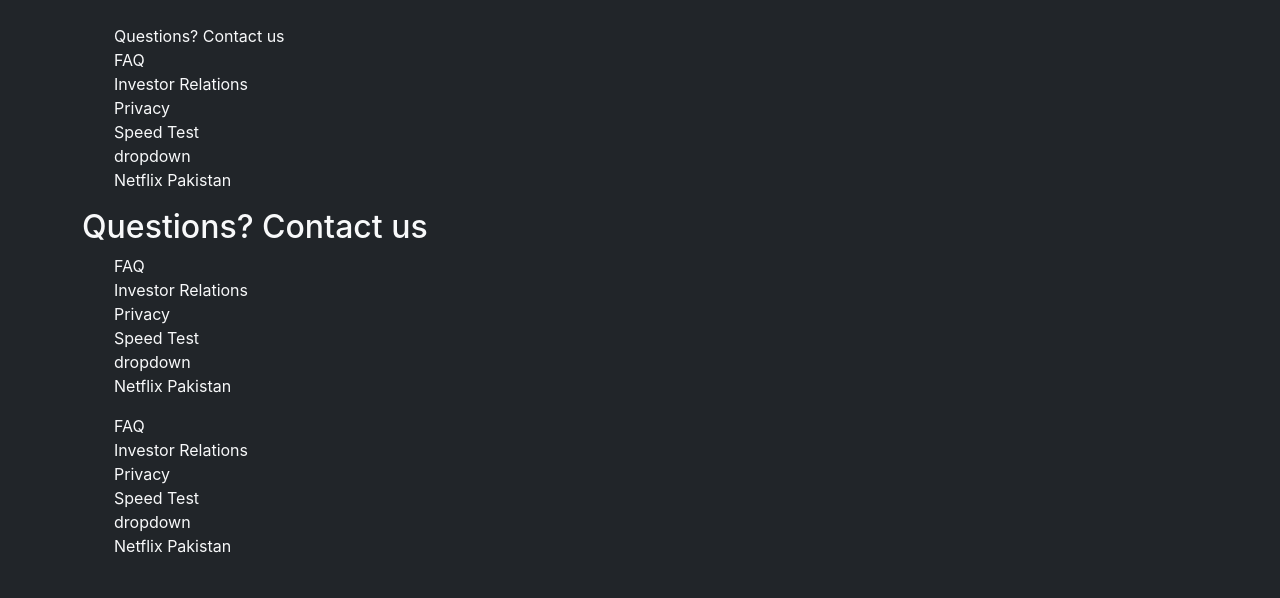
Repository: WajihaGul/Netflix-Clone
Page: /
These files come from the project's save history. The page is drawn as it stood at one moment and after the next save; the edit follows.
The browser window is 1280 px wide. The pictures show the part of the page from y = 621 to 1219 px (the page is 1219 px tall before and 1215 px after).
The project was rebuilt for these pictures with package versions that can differ from the ones it lists, and the page was loaded fresh each time. Also part of the build but not shown: src/App.css, src/Components/Navbar/Navbar.jsx.

Above is the page before, as saved 2024-05-23 22:21:04.

### public/index.html
<!DOCTYPE html>
<html lang="en">
  <head>
    <meta charset="utf-8" />
    <link rel="icon" href="https://encrypted-tbn0.gstatic.com/images?q=tbn:ANd9GcSJd82jZdXs8Uj9CX3mJFuRF27MZB7q_34xAg&s" />
    <meta name="viewport" content="width=device-width, initial-scale=1" />
    <meta name="theme-color" content="#000000" />
    <meta
      name="description"
      content="Web site created using create-react-app"
    />
    <link rel="apple-touch-icon" href="%PUBLIC_URL%/logo192.png" />
    <!--
      manifest.json provides metadata used when your web app is installed on a
      user's mobile device or desktop. See https://developers.google.com/web/fundamentals/web-app-manifest/
    -->
    <link rel="manifest" href="%PUBLIC_URL%/manifest.json" />
    <!--
      Notice the use of %PUBLIC_URL% in the tags above.
      It will be replaced with the URL of the `public` folder during the build.
      Only files inside the `public` folder can be referenced from the HTML.

      Unlike "/favicon.ico" or "favicon.ico", "%PUBLIC_URL%/favicon.ico" will
      work correctly both with client-side routing and a non-root public URL.
      Learn how to configure a non-root public URL by running `npm run build`.
    -->
    <title>Netflix- Watch TV Shows Online, Watch Movies Online</title>
  </head>
  <body>
    <noscript>You need to enable JavaScript to run this app.</noscript>
    <div id="root"></div>
    <!--
      This HTML file is a template.
      If you open it directly in the browser, you will see an empty page.

      You can add webfonts, meta tags, or analytics to this file.
      The build step will place the bundled scripts into the <body> tag.

      To begin the development, run `npm start` or `yarn start`.
      To create a production bundle, use `npm run build` or `yarn build`.
    -->
  </body>
</html>

### src/index.js
import "bootstrap/dist/css/bootstrap.min.css";
import React from "react";
import ReactDOM from "react-dom/client";
import "./index.css";
import App from "./App";
import reportWebVitals from "./reportWebVitals";

const root = ReactDOM.createRoot(document.getElementById("root"));
root.render(
  <React.StrictMode>
    <App />
  </React.StrictMode>
);

// If you want to start measuring performance in your app, pass a function
// to log results (for example: reportWebVitals(console.log))
// or send to an analytics endpoint. Learn more: https://bit.ly/CRA-vitals
reportWebVitals();

### src/App.js
import "./App.css";
import Footer from "./Components/Footer/Footer";
import Navbar from "./Components/Navbar/Navbar";
import SignupHere from "./Components/SignupHere/SignupHere";

function App() {
  return (
    <>
      <SignupHere />
      <Footer />
    </>
  );
}

export default App;

### src/Components/Footer/Footer.jsx
import React from "react";
import styles from "./Footer.module.css";
const Footer = () => {
  return (
    <footer className="bg-dark text-light py-4">
      <div className="container">
        <div className="row">
          <div className="col-lg-12">
            <ul>
              <li>Questions? Contact us </li>
              <li>FAQ</li>
              <li>Investor Relations</li>
              <li>Privacy</li>
              <li>Speed Test</li>
              dropdown
              <li>Netflix Pakistan</li>
            </ul>
          </div>
          <h2>Questions? Contact us </h2>
          <div className="col-lg-12">
            <ul>
              <li>FAQ</li>
              <li>Investor Relations</li>
              <li>Privacy</li>
              <li>Speed Test</li>
              dropdown
              <li>Netflix Pakistan</li>
            </ul>
          </div>

          <div className="col-lg-12 ">
            <ul>
              <li>FAQ</li>
              <li>Investor Relations</li>
              <li>Privacy</li>
              <li>Speed Test</li>
              dropdown
              <li>Netflix Pakistan</li>
            </ul>
          </div>
        </div>
      </div>
    </footer>
  );
};

export default Footer;

### src/Components/SignupHere/SignupHere.jsx
import styles from "./SignupHere.module.css";

const SignupHere = () => {
  return (
    <>
      <div className={styles.imgContainer}>
        <div className={`expand-lg bg-body-tertiary ${styles.navcontainer} `}>
          <h1>NETFLIX</h1>
          className={`expand-lg bg-body-tertiary ${styles.navcontainer} `}
          <div className="container-fluid">
            <a className={styles.brand} href="#">
              <span className={styles.navstyle}>NETFLIX</span>
            </a>

            <button className={styles.navbtn} type="submit">
              Sign in
            </button>
          </div>
          <div className={styles.SignupTextDiv}>
            <h1 className={styles.SignupText}>
              Unlimited movies, TV shows, and more
            </h1>
            <p className={styles.SignupText}>Watch anywhere. Cancel anytime.</p>
            <p className={styles.SignupText}>
              Ready to watch? Enter your email to create or restart your
              membership
            </p>
            <div>
              <input
                className={styles.SignupForm}
                type="email"
                id="email"
                name="email"
                placeholder="Enter your email"
                required
              />
              <button className={styles.SignUpBtn}>Get Started</button>
            </div>
          </div>
        </div>
      </div>
    </>
  );
};

export default SignupHere;

### src/Components/SignupHere/SignupHere.module.css
.imgContainer{
    margin-top: -79px;
    height: 700px;
    width: 100%;
    background-image: url(https://assets.nflxext.com/ffe/siteui/vlv3/a99688ca-33c3-4099-9baa-07a2e2acb398/0279102c-4f3f-4ed2-a283-cce57434d595/PK-en-20240520-popsignuptwoweeks-perspective_alpha_website_large.jpg);
}


.navbtn {
    background: #e61c1c;
    color: white;
    /* padding: 4px 17px; */
    border-radius: 7px;
    border: none;
    font-size: medium;
    font-family: emoji;
    margin-left: 343px;
    margin-right: 343px;
    padding-top: 4px;
    padding-bottom: 4px;
    height: 32px;
    width: 71px;
    margin-top: 2px;
    margin-bottom: 2px;
}

.navstyle{
    color: red;
    font-size: xx-large;
    font-family: emoji;
    padding-left: 343px;
    padding-right: 343px;
    padding-top: 10px;
    padding-bottom: 10px;
}

.navcontainer{
    background-color: transparent !important;
}
.SignupText{
    color: white;
    align-items: center;
    justify-content: center;
    display: flex;
    flex-direction: column;
}
.SignupTextDiv{
    color: white;
    align-items: center;
    justify-content: center;
    display: flex;
    flex-direction: column;
    margin-top: 170px;
}
.SignupForm{
    width: 284px;
    height: 42px;
    background: #e2dfdf;
}
.SignUpBtn{
    background: red;
    color: white;
    height: 40px;
    width: 143px;
    margin: 4px;
    /* border-radius: 7px; */
    border: none;
    font-size: larger;
}

Loaded but not shown: src/index.css (common file); src/reportWebVitals.js (common file); src/Components/Footer/Footer.module.css (common file)

After the next save:
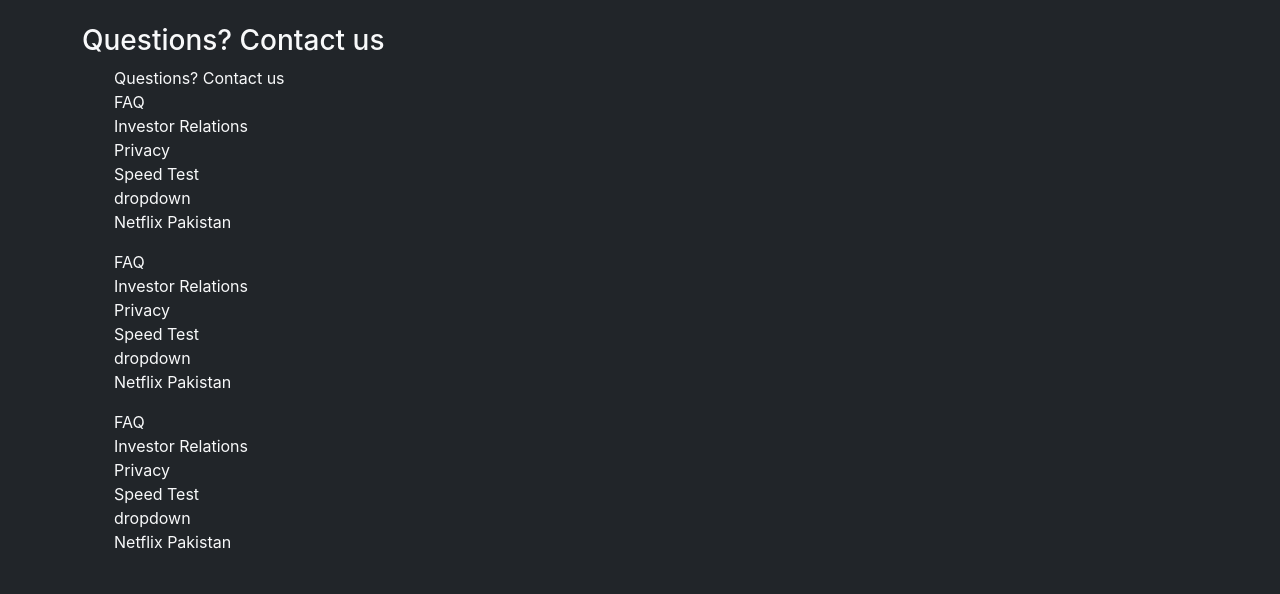
Saved 25 s later.
--- a/src/Components/Footer/Footer.jsx
+++ b/src/Components/Footer/Footer.jsx
@@ -6,6 +6,7 @@
       <div className="container">
         <div className="row">
           <div className="col-lg-12">
+            <h3>Questions? Contact us </h3>
             <ul>
               <li>Questions? Contact us </li>
               <li>FAQ</li>
@@ -16,7 +17,7 @@
               <li>Netflix Pakistan</li>
             </ul>
           </div>
-          <h2>Questions? Contact us </h2>
+
           <div className="col-lg-12">
             <ul>
               <li>FAQ</li>
